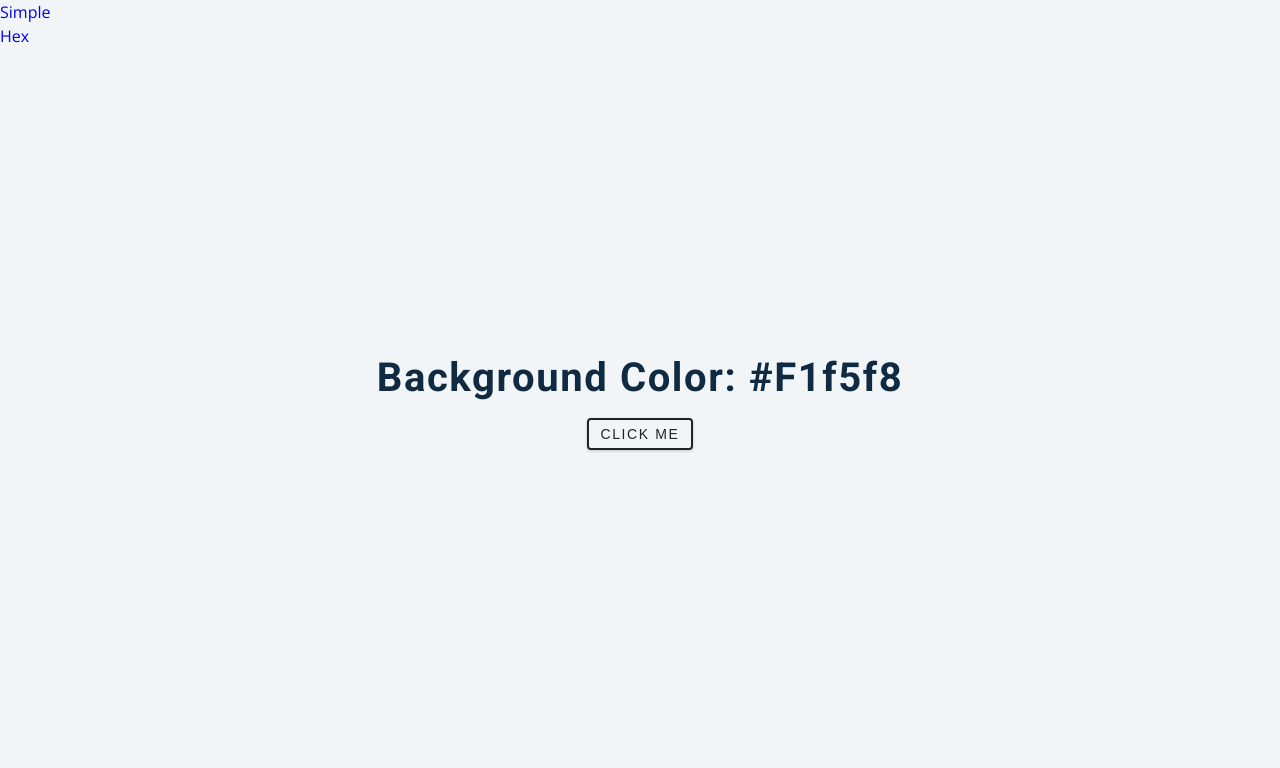
Repository: mosesvk/javascript-basic-projects
Page: 01-color-flipper/setup/index.html
These files come from the project's save history. The page is drawn as it stood at one moment and after the next save; the edit follows.
The browser window is 1280 px wide. The pictures show the whole page.

Above is the page before, as saved 2023-08-24 17:07:59.

After the next save:
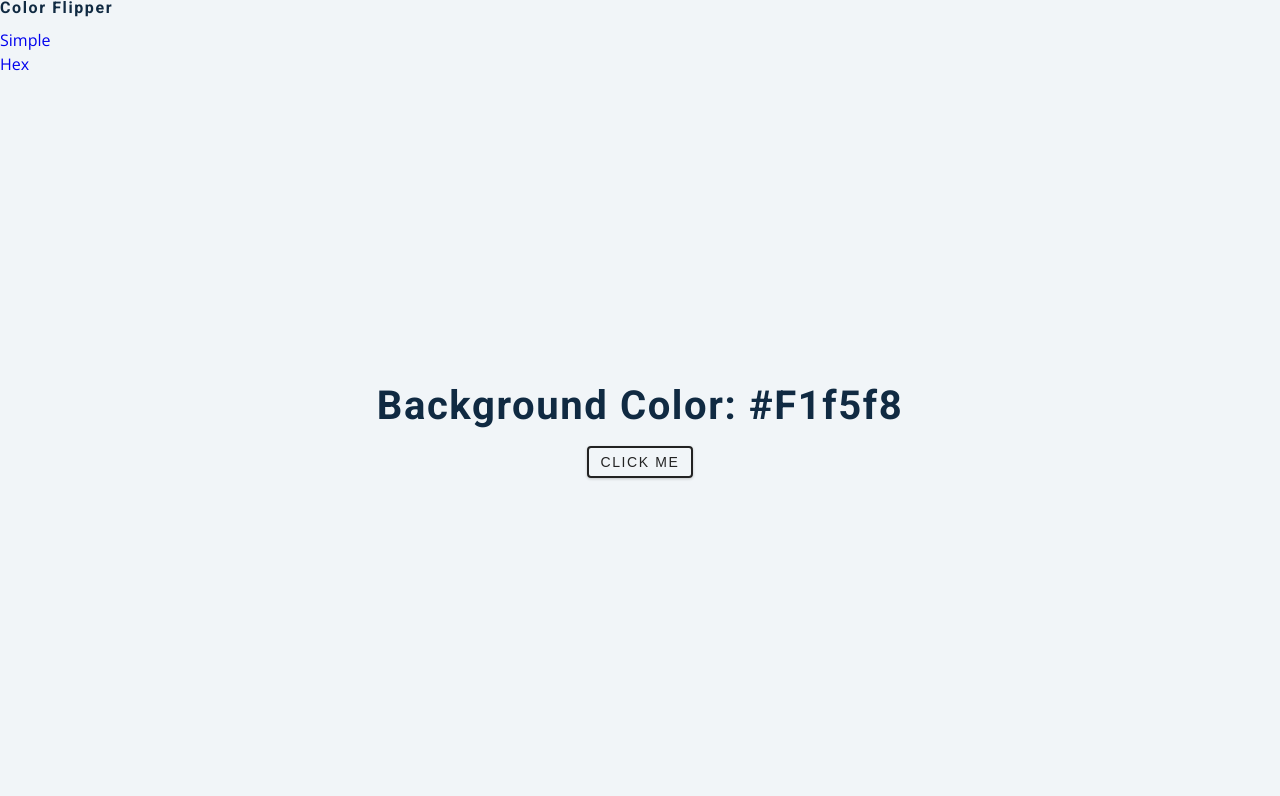
Saved 40 s later.
--- a/01-color-flipper/setup/index.html
+++ b/01-color-flipper/setup/index.html
@@ -11,6 +11,7 @@
   <body>
     <nav>
       <div class="nav-center">
+        <h4>Color Flipper</h4>
         <ul class="nav-links">
           <li>
             <a href="index.html">Simple</a>
